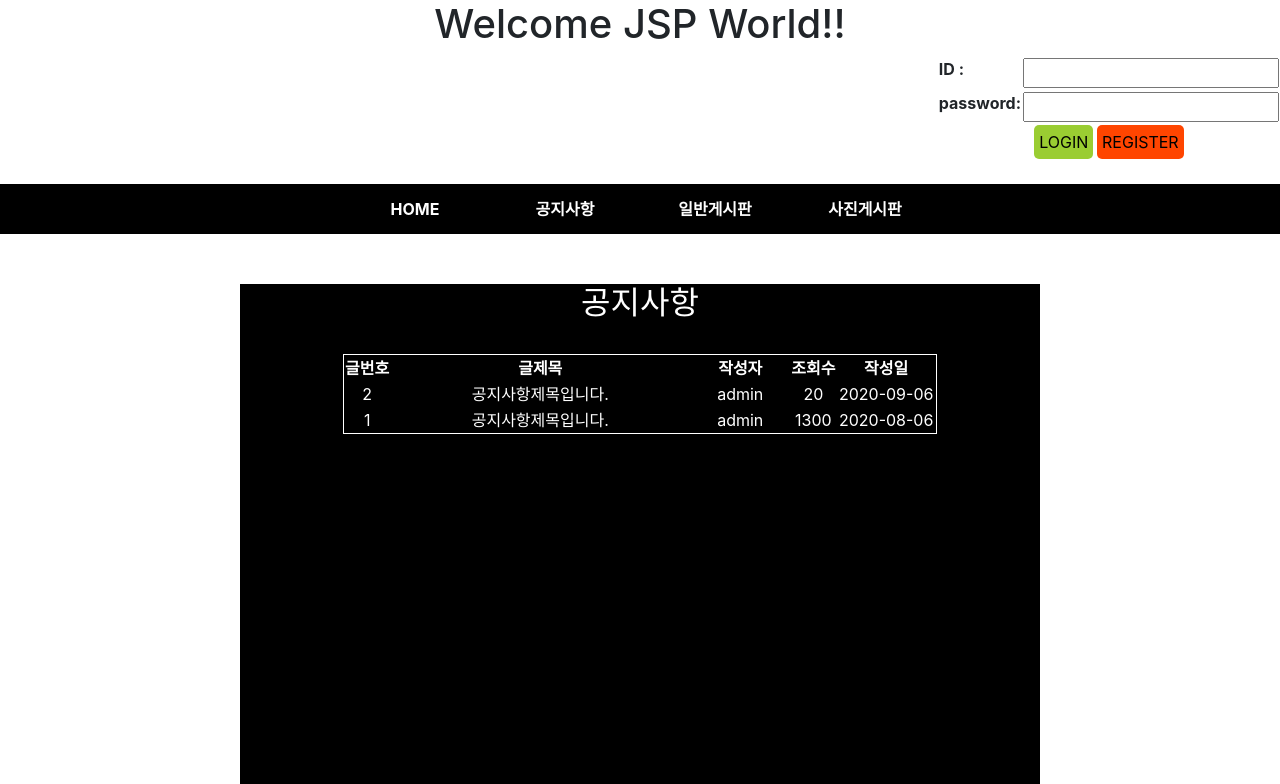
Repository: BrianH29/BH_webserver_workspace2
Page: http://localhost/jspProject/list.no
The author's editor kept a copy of each file at every save. The page is drawn from the files as they stood at one save, then again after the next save.
The browser window is 1280 px wide. The pictures show the whole page.
The page is served by Tomcat 9. Other server files are loaded and not shown. Queries for data that is not in the repository find no rows.

Above is the page before, as saved 2020-09-08 01:07:48.

### jspProject/WebContent/views/notice/noticeListView.jsp
<%@ page language="java" contentType="text/html; charset=UTF-8"
	pageEncoding="UTF-8"%>
<%@ page import="java.util.ArrayList, com.kh.notice.model.vo.Notice" %>
<%
	ArrayList<Notice> list = (ArrayList<Notice>)request.getAttribute("list");
%>
<!DOCTYPE html>
<html>
<head>
<meta charset="UTF-8">
<title>Insert title here</title>
<style>
.outer {
	width: 800px;
	height: 500px;
	background: black;
	color: white;
	margin: auto;
	margin-top: 50px;
}

.listArea {
	border: 1px solid white;
	text-align: center;
}

.listArea>tbody>tr:hover {
	background: grey;
	cursor: pointer;
}
</style>
</head>
<body>
	<!--메뉴바 포함-->
	<%@include file="../common/menubar.jsp"%>

	<div class="outer">

		<h2 align="center">공지사항</h2>
		<br>

		<!--로그인한 사람이 관리자일 경우 -->
		<%
			if (loginUser != null && loginUser.getUserId().equals("admin")) {
		%>
		<div align="right" style="width: 700px">
			<button>글작성</button>
			<br> <br>
		</div>
		<%
			}
		%>

		<table class="listArea" align="center">

			<thead>
				<tr>
					<th>글번호</th>
					<th width="300">글제목</th>
					<th width="100">작성자</th>
					<th>조회수</th>
					<th width="100">작성일</th>
				</tr>
			</thead>

			<tbody>
				<tr>
					<td>2</td>
					<td>공지사항제목입니다.</td>
					<td>admin</td>
					<td>20</td>
					<td>2020-09-06</td>
				</tr>
				<tr>
					<td>1</td>
					<td>공지사항제목입니다.</td>
					<td>admin</td>
					<td>1300</td>
					<td>2020-08-06</td>
				</tr>
			</tbody>
		</table>
	</div>
</body>
</html>

### jspProject/WebContent/views/common/menubar.jsp
<%@ page language="java" contentType="text/html; charset=UTF-8"
	pageEncoding="UTF-8"%>
<%@page import="com.kh.member.model.vo.Member" %>
<%
	String contextPath = request.getContextPath();

	Member loginUser = (Member)session.getAttribute("loginUser");
	// 로그인 전 : null
	// 로그인 후 : 로그인 성공한 회원정보들이 담겨있는 객체

	String alertMsg = (String)session.getAttribute("alertMsg");
	// > 서비스 요청 전: null
	// > 서비스 요청 성공 후 : alert띄어줄 메시지 문구
%>
<!DOCTYPE html>
<html>
<head>
<meta charset="UTF-8">
<title>Insert title here</title>
<style>
#loginForm, #userInfo {
	float: right;
}

#loginForm button {
	border: none;
	padding: 5px;
	border-radius: 5px;
}

#loginForm button:first-child {
	background: yellowgreen;
}

#loginForm button:last-child {
	background: orangered;
}

#userInfo a {
	color: black;
	text-decoration: none;
	font-size: 12px;
}

.navWrap {
	background: black;
}

.menu {
	display: table-cell;
	height: 50px;
	width: 150px;
}

.menu a {
	text-decoration: none;
	color: white;
	font-weight: bold;
	font-size: 16px;
	display: block;
	width: 100%;
	height: 100%;
	line-height: 50px;
}

.menu a:hover{text-decoration:none; color:white;}
.menu:hover {
	background: darkgrey;
}
</style>
<link rel="stylesheet" href="https://maxcdn.bootstrapcdn.com/bootstrap/4.5.2/css/bootstrap.min.css">
    <script src="https://ajax.googleapis.com/ajax/libs/jquery/3.5.1/jquery.min.js"></script>
    <script src="https://cdnjs.cloudflare.com/ajax/libs/popper.js/1.16.0/umd/popper.min.js"></script>
    <script src="https://maxcdn.bootstrapcdn.com/bootstrap/4.5.2/js/bootstrap.min.js"></script>

<script>
	$(function(){
		var msg = "<%= alertMsg %>"; //자바스크립트 변수

		if(msg != "null"){ // msg가 담겨있을 경우
			alert(msg);
			//알람창 띄어준 후에 session에 담긴 메세지 지워야됨
			//안그러면 menubar.jsp가 포함되어있는 페이지 열때마나다 alert 계속뜰거임
			<% session.removeAttribute("alertMsg"); %>
		}
	});//e.function
</script>
</head>
<body>
	<h1 align="center">Welcome JSP World!!</h1>

	<div class="loginArea">

		<% if(loginUser == null) { %>

		<!-- 1. 로그인 전에 보여지는 로그인 form -->
		<form id="loginForm" action="<%=request.getContextPath() %>/login.me" method="post">
			<table>
				<tr>
					<th><label for="userId">ID : </label></th>
					<td><input type="text" id="userId" name="userId" required></td>
				</tr>
				<tr>
					<th><label for="userPwd">password:</label></th>
					<td><input type="password" id="userPwd" name="userPwd"
						required></td>
				</tr>
				<tr>
					<th colspan="2" style="text-align:center;">
						<button type="submit">LOGIN</button>
						<button type="button" onclick="enrollPage();">REGISTER</button>
					</th>
				</tr>
			</table>
		</form>
		<script>
			function enrollPage(){
				//location.href="/jsp/views/member/memberEnrollForm.jsp";
				// 웹 어플리케이션의 디렉토리 구조가 url에 노출되면 보안에 위험

				// 단순한 정적인 페이지 이동이라고 해도 반드시 servlet 거쳐갈것!! => url에	 서블릿 매핑값만 노출됨!
				location.href="<%=request.getContextPath()%>/enrollForm.me";

			}
		</script>
		<%} else { %>
		<!-- 2.로그인 성공 후 보여지는 div-->
        <div id="userInfo">
            <b><%=loginUser.getUserName() %>님</b>의 방문을 환영합니다. <br><br>

            <div align="center">
                <a href="<%= contextPath %>/myPage.me">MyPage</a>
                <a href="<%=request.getContextPath() %>/logout.me">Logout</a>
            </div>
        </div>
		<%} %>

	</div> <!-- e.loginArea -->

	<br clear="both">
	<!-- 위 내용들 무시-->
	<br>

	<div class="navWrap" align="center">
		<div class="menu">
			<a href="<%= contextPath%>">HOME</a>
		</div>
		<div class="menu">
			<a href="<%= contextPath %>/list.no">공지사항</a>
		</div>
		<div class="menu">
			<a href="<%= contextPath%>/list.bo?currentPage=1">일반게시판</a>
		</div>
		<div class="menu">
			<a href="<%=contextPath%>/list.th">사진게시판</a>
		</div>
	</div>
</body>
</html>

### jspProject/src/com/kh/notice/controller/NoticeListServlet.java
package com.kh.notice.controller;

import java.io.IOException;
import java.util.ArrayList;

import javax.servlet.RequestDispatcher;
import javax.servlet.ServletException;
import javax.servlet.annotation.WebServlet;
import javax.servlet.http.HttpServlet;
import javax.servlet.http.HttpServletRequest;
import javax.servlet.http.HttpServletResponse;

import com.kh.notice.model.service.NoticeService;
import com.kh.notice.model.vo.Notice;

/**
 * Servlet implementation class NoticeListServlet
 */
@WebServlet("/list.no")
public class NoticeListServlet extends HttpServlet {
	private static final long serialVersionUID = 1L;

    /**
     * @see HttpServlet#HttpServlet()
     */
    public NoticeListServlet() {
        super();
        // TODO Auto-generated constructor stub
    }

	/**
	 * @see HttpServlet#doGet(HttpServletRequest request, HttpServletResponse response)
	 */
	protected void doGet(HttpServletRequest request, HttpServletResponse response) throws ServletException, IOException {

		//공지사항 전체 리스트 조회 한 후 조회결과 담아서
		ArrayList<Notice> list = new NoticeService().selectNoticeList();

		request.setAttribute("list", list);

		// 사용자가 보게되 응답페이지 -> noticeListView.jsp
		RequestDispatcher view = request.getRequestDispatcher("views/notice/noticeListView.jsp");
		view.forward(request,response);

	}

	/**
	 * @see HttpServlet#doPost(HttpServletRequest request, HttpServletResponse response)
	 */
	protected void doPost(HttpServletRequest request, HttpServletResponse response) throws ServletException, IOException {
		// TODO Auto-generated method stub
		doGet(request, response);
	}

}

### jspProject/src/com/kh/notice/model/service/NoticeService.java
package com.kh.notice.model.service;

import static com.kh.common.JDBCTemplate.*;

import java.sql.Connection;
import java.util.ArrayList;

import com.kh.notice.model.dao.NoticeDao;
import com.kh.notice.model.vo.Notice;

public class NoticeService {


	/**
	 * 1.공지사항 전체조회용 서비스
	 * @return	조회된 전체 공지사항 리스트
	 */
	public ArrayList<Notice> selectNoticeList() {
		Connection conn = getConnection();

		ArrayList<Notice> list = new NoticeDao().selectNoticeList(conn);

		close(conn);

		return list;
	}//e.selectNoticeList




}

### jspProject/src/com/kh/common/JDBCTemplate.java
package com.kh.common;

import java.io.FileInputStream;
import java.io.IOException;
import java.sql.Connection;
import java.sql.DriverManager;
import java.sql.ResultSet;
import java.sql.SQLException;
import java.sql.Statement;
import java.util.Properties;

public class JDBCTemplate {

	// 1. Connection 객체 생성(DB접속) 한 후 해당 Connection 반환해주는 getConnection 메소드
	public static Connection getConnection() {

		Properties prop = new Properties();// Map계열컬렉션(key-value)

		// 읽어들이고자 하는 driver.properties파일의 물리적인 경로
		String fileName = JDBCTemplate.class.getResource("/sql/driver/driver.properties").getPath();

		try {

			prop.load(new FileInputStream(fileName));

		} catch (IOException e) {
			e.printStackTrace();
		}

		Connection conn = null;

		try {
			// 1) jdbc driver 등록
			Class.forName(prop.getProperty("driver"));

			// 2) Connection 객체 생성(DB와 접속)
			conn = DriverManager.getConnection(prop.getProperty("url"), prop.getProperty("username"),
					prop.getProperty("password"));

		} catch (ClassNotFoundException e) {
			// TODO Auto-generated catch block
			e.printStackTrace();
		} catch (SQLException e) {
			e.printStackTrace();
		}

		return conn;

	}

	// 2. Connection 객체 전달 받아서 commit해주는 commit 메소드
	public static void commit(Connection conn) {
		try {
			if (conn != null && !conn.isClosed()) {
				conn.commit();
			}
		} catch (SQLException e) {
			// TODO Auto-generated catch block
			e.printStackTrace();
		}
	}

	// 3. Connection 객체 전달 받아서 rollback해주는 rollback 메소드
	public static void rollback(Connection conn) {
		try {
			if (conn != null && !conn.isClosed()) {
				conn.rollback();
			}
		} catch (SQLException e) {
			e.printStackTrace();
		}
	}

	// 4. Connection 객체 전달 받아서 close 해주는 close 메소드
	public static void close(Connection conn) {
		try {
			if (conn != null && !conn.isClosed()) {
				conn.close();
			}
		} catch (SQLException e) {
			e.printStackTrace();
		}
	}

	// 5. Statement관련 객체 전달받아서 close 해주는 close 메소드
	public static void close(Statement stmt) {
		try {
			if (stmt != null && !stmt.isClosed()) {
				stmt.close();
			}
		} catch (SQLException e) {
			e.printStackTrace();
		}
	}

	// 6. ResultSet 객체 전달받아서 close해주는 close 메소드
	public static void close(ResultSet rset) {
		try {
			if (rset != null && !rset.isClosed()) {
				rset.close();
			}
		} catch (SQLException e) {
			e.printStackTrace();
		}
	}
}

### jspProject/src/com/kh/notice/model/dao/NoticeDao.java
package com.kh.notice.model.dao;

import java.io.FileInputStream;
import java.io.IOException;
import java.sql.Connection;
import java.sql.ResultSet;
import java.sql.SQLException;
import java.sql.Statement;
import java.util.ArrayList;
import java.util.Properties;
import static com.kh.common.JDBCTemplate.*;

import com.kh.notice.model.vo.Notice;

public class NoticeDao {

	private Properties prop = new Properties();

	public NoticeDao() {
		String fileName = NoticeDao.class.getResource("/sql/notice/notice-mapper.xml").getPath();

		try {
			prop.loadFromXML(new FileInputStream(fileName));

		} catch (IOException e) {
			e.printStackTrace();
		}

	}

	public ArrayList<Notice> selectNoticeList(Connection conn){
		ArrayList<Notice> list = new ArrayList<>();

		Statement stmt = null;
		ResultSet rset = null;

		String sql = prop.getProperty("selecNoticeList");

		try {
			stmt = conn.createStatement();
			rset = stmt.executeQuery(sql);

			while(rset.next()) {
				list.add(new Notice(rset.getInt("NOTICE_NO"),
									rset.getString("NOTICE_TITLE"),
									rset.getString("USER_ID"),
									rset.getInt("COUNT"),
									rset.getDate("CREATE_DATE")
									));
			}


		} catch (SQLException e) {
			e.printStackTrace();
		} finally {
			close(rset);
			close(stmt);
		}
		return list;

	}//e.selectNoticeList

}

After the next save:
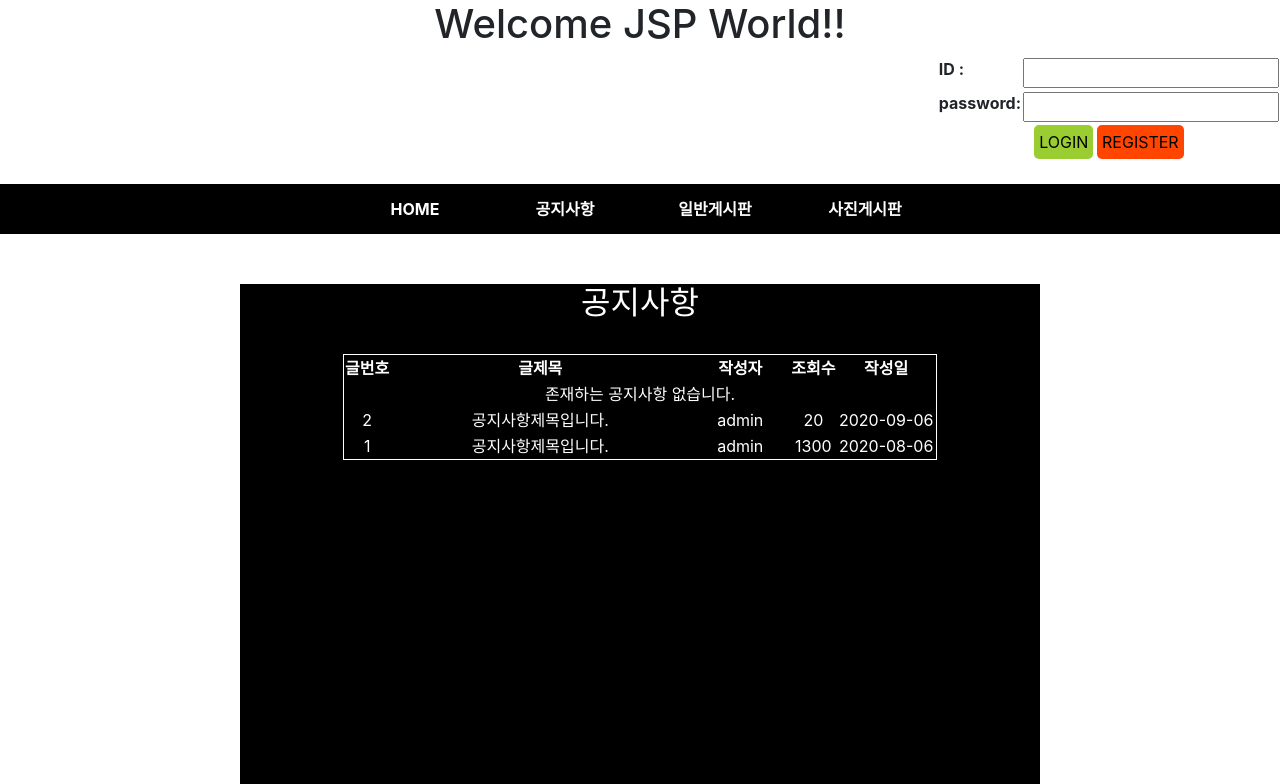
Saved 3 min 2 s later.
--- a/jspProject/WebContent/views/notice/noticeListView.jsp
+++ b/jspProject/WebContent/views/notice/noticeListView.jsp
@@ -64,6 +64,12 @@
 			</thead>
 
 			<tbody>
+			<!-- 리스타가 비어있을 경우 -->
+				<tr>
+					<td colspan="5">존재하는 공지사항 없습니다.</td>
+				</tr>
+
+			<!-- 리스타가 비어있지 않을 경우 -->
 				<tr>
 					<td>2</td>
 					<td>공지사항제목입니다.</td>
